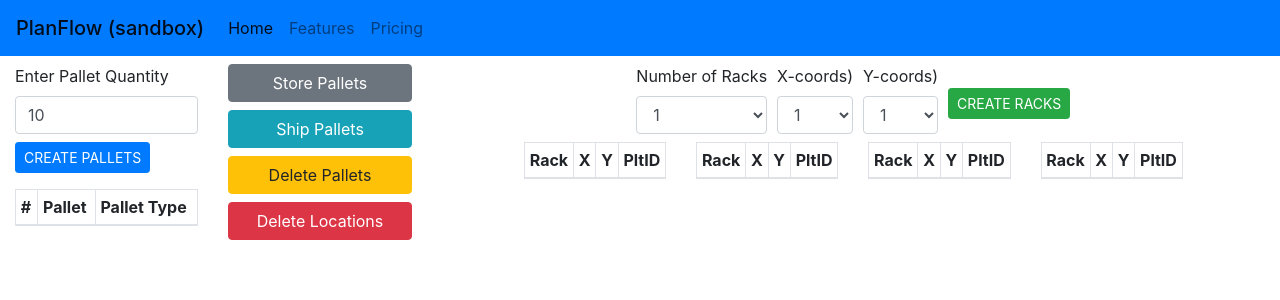
Repository: gholler76/planflow
Page: http://localhost/planflow/WEB-INF/home.jsp
An editor plug-in stored every save of this project. The page is shown before and after the next save, followed by the edit.
The browser window is 1280 px wide. The pictures show the whole page.
The page is served by Tomcat 9. Nobody is signed in. Other server files are loaded and not shown. The template is opened directly, without the code that normally fills it, so the values that code supplies are empty.

Above is the page before, as saved 2021-05-28 14:06:55.

### planflow/src/main/webapp/WEB-INF/home.jsp
<%@ page language="java" contentType="text/html; charset=UTF-8" pageEncoding="UTF-8"%>
<%@ taglib prefix="c" uri="http://java.sun.com/jsp/jstl/core"%>
<%@ taglib prefix="form" uri="http://www.springframework.org/tags/form"%>
<%@ page isErrorPage="true"%>
<%@ taglib prefix="fmt" uri="http://java.sun.com/jsp/jstl/fmt" %>
<%@ taglib prefix="fn" uri="http://java.sun.com/jsp/jstl/functions" %>

<!DOCTYPE html>
<html>
<head>
    <meta charset="UTF-8">
    <title>PlanFlow</title>
    <script src="https://code.jquery.com/jquery-3.5.1.slim.min.js" integrity="sha384-DfXdz2htPH0lsSSs5nCTpuj/zy4C+OGpamoFVy38MVBnE+IbbVYUew+OrCXaRkfj" crossorigin="anonymous"></script>
	<script src="https://cdn.jsdelivr.net/npm/bootstrap@4.6.0/dist/js/bootstrap.bundle.min.js" integrity="sha384-Piv4xVNRyMGpqkS2by6br4gNJ7DXjqk09RmUpJ8jgGtD7zP9yug3goQfGII0yAns" crossorigin="anonymous"></script>
    <link rel="stylesheet" href="https://cdn.jsdelivr.net/npm/bootstrap@4.6.0/dist/css/bootstrap.min.css" integrity="sha384-B0vP5xmATw1+K9KRQjQERJvTumQW0nPEzvF6L/Z6nronJ3oUOFUFpCjEUQouq2+l" crossorigin="anonymous">
</head>
<body>
	<nav class="navbar navbar-expand-lg navbar-light bg-primary">
	    <span class="navbar-brand mb-0 h1">PlanFlow (sandbox)</span>
	  <button class="navbar-toggler" type="button" data-toggle="collapse" data-target="#navbarNavAltMarkup" aria-controls="navbarNavAltMarkup" aria-expanded="false" aria-label="Toggle navigation">
	    <span class="navbar-toggler-icon"></span>
	  </button>
	  <div class="collapse navbar-collapse" id="navbarNavAltMarkup">
	    <div class="navbar-nav">
	      <a class="nav-link active" href="#">Home <span class="sr-only">(current)</span></a>
	      <a class="nav-link" href="#">Features</a>
	      <a class="nav-link" href="#">Pricing</a>
	    </div>
	  </div>
	</nav>
	<div class="container-fluid">
		<div class="row justify-content-between">
			<div class="col-2">
				<form action="/pallets" method="post" class="mt-2">
			      	<div class="form-group">
			      		<Label for="qty" class="form-label">Enter Pallet Quantity</Label>
			      		<input type="number" class="form-control" name="qty" value=10 />
			      		<input type="submit" value="CREATE PALLETS" class="btn btn-sm btn-primary mt-2"/>
			    	</div>
			    </form>
				<table class="table table-bordered table-sm">
					<thead>
						<tr>
							<th>#</th>
							<th>Pallet</th>
							<th>Pallet Type</th>
						</tr>
					</thead>
					<tbody>
						<c:set var="count" value="0" scope="page" />
						<c:forEach var="pallet" items="${pallets}">
						<c:if test="${pallet.location eq null }">
						<tr class="small">
							<th scope="row"><c:set var="count" value="${count + 1}" scope="page"/>${count}</th>
							<td>${pallet.palletid}</td>
							<td>${pallet.ptype}</td>
						</tr>
	 					</c:if>
						</c:forEach>
					</tbody>
				</table>
	 	 	</div>
	 	 	<div class="col-2">
				<form action="/move" method="post">
			  		<input class="btn btn-secondary mt-2 mb-2 btn-block" type="submit" value="Store Pallets">
			  		<input class="btn btn-info mb-2 btn-block" type="submit" value="Ship Pallets" formaction="/ship">
			  		<input class="btn btn-warning mb-2 btn-block" type="submit" value="Delete Pallets" formaction="/deleteP">
			  		<input class="btn btn-danger mb-2 btn-block" type="submit" value="Delete Locations" formaction="/deleteL">
			  	</form>
	 	 	</div>
	   	 		<div class="col-8">
	   	 			<div class="row justify-content-center">
	   	 				<form action="/locations" method="post">
	   	 				<input type="hidden" name="startRack" value=100>
							<div class="form-row align-items-center mt-2">
							    <div class="col-auto">
							      <label for="rackCount">Number of Racks</label>
							      <select class="form-control mb-2" name="rackCount">
							      	<option value=+1>1</option>
							      	<option value=+2>2</option>
							      	<option value=+3>3</option>
							      	<option value=+4>4</option>
							      </select>
							    </div>
							    <div class="col-auto">
							      <label for="xcoors">X-coords)</label>
							      <select class="form-control mb-2" name="xcoors">
							      	<option value=+1>1</option>
							      	<option value=+2>2</option>
							      	<option value=+3>3</option>
							      	<option value=+4>4</option>
							      	<option value=+5>5</option>
							      	<option value=+6>6</option>
							      	<option value=+7>7</option>
							      	<option value=+8>8</option>
							      	<option value=+9>9</option>
							      	<option value=+10>10</option>
							      	<option value=+11>11</option>
							      	<option value=+12>12</option>
							      	<option value=+13>13</option>
							      	<option value=+14>14</option>
							      	<option value=+15>15</option>
							      	<option value=+16>16</option>
							      	<option value=+17>17</option>
							      	<option value=+18>18</option>
							      	<option value=+19>19</option>
							      	<option value=+20>20</option>
							      </select>
							    </div>
							    <div class="col-auto">
							      <label for="ycoors">Y-coords)</label>
							      <select class="form-control mb-2" name="ycoors">
							      	<option value=+1>1</option>
							      	<option value=+2>2</option>
							      	<option value=+3>3</option>
							      	<option value=+4>4</option>
							      	<option value=+5>5</option>
							      </select>
							    </div>
							    <div class="col-auto">
							      <button type="submit" class="btn btn-success btn-sm">CREATE RACKS</button>
							    </div>
							  </div>
							</form>
		   	 			</div>
		   	 			<div class="row justify-content-center">
		   	 				<div class="col-auto">
		   	 					<table class="table-sm table-bordered">
		   	 						<thead>
		   	 							<tr>
		   	 								<th>Rack</th>
		   	 								<th>X</th>
		   	 								<th>Y</th>
		   	 								<th>PltID</th>
		   	 							</tr>
		   	 						</thead>
		   	 						<tbody>
		   	 						<c:forEach var="location" items="${locations}">
	   	 								<c:if test="${location.rack eq '101'}">
			   	 							<tr class="small">
			   	 								<td>${location.rack}</td>
			   	 								<td>${location.xcoor}</td>
			   	 								<td>${location.ycoor}</td>
			   	 								<td>${location.pallet.palletid}</td>
			   	 							</tr>
		   	 							</c:if>
	   	 							</c:forEach>
				   	 				</tbody>
				   	 			</table>
				   	 		</div>
		   	 				<div class="col-auto">
		   	 					<table class="table-sm table-bordered">
		   	 						<thead>
		   	 							<tr>
		   	 								<th>Rack</th>
		   	 								<th>X</th>
		   	 								<th>Y</th>
		   	 								<th>PltID</th>
		   	 							</tr>
		   	 						</thead>
		   	 						<tbody>
		   	 						<c:forEach var="location" items="${locations}">
	   	 								<c:if test="${location.rack eq '102'}">
			   	 							<tr class="small">
			   	 								<td>${location.rack}</td>
			   	 								<td>${location.xcoor}</td>
			   	 								<td>${location.ycoor}</td>
			   	 								<td>${location.pallet.palletid}</td>
			   	 							</tr>
		   	 							</c:if>
	   	 							</c:forEach>
				   	 				</tbody>
				   	 			</table>
				   	 		</div>
		   	 				<div class="col-auto">
		   	 					<table class="table-sm table-bordered">
		   	 						<thead>
		   	 							<tr>
		   	 								<th>Rack</th>
		   	 								<th>X</th>
		   	 								<th>Y</th>
		   	 								<th>PltID</th>
		   	 							</tr>
		   	 						</thead>
		   	 						<tbody>
		   	 						<c:forEach var="location" items="${locations}">
	   	 								<c:if test="${location.rack eq '103'}">
			   	 							<tr class="small">
			   	 								<td>${location.rack}</td>
			   	 								<td>${location.xcoor}</td>
			   	 								<td>${location.ycoor}</td>
			   	 								<td>${location.pallet.palletid}</td>
			   	 							</tr>
		   	 							</c:if>
	   	 							</c:forEach>
				   	 				</tbody>
				   	 			</table>
				   	 		</div>
		   	 				<div class="col-auto">
		   	 					<table class="table-sm table-bordered">
		   	 						<thead>
		   	 							<tr>
		   	 								<th>Rack</th>
		   	 								<th>X</th>
		   	 								<th>Y</th>
		   	 								<th>PltID</th>
		   	 							</tr>
		   	 						</thead>
		   	 						<tbody>
		   	 						<c:forEach var="location" items="${locations}">
	   	 								<c:if test="${location.rack eq '104'}">
			   	 							<tr class="small">
			   	 								<td>${location.rack}</td>
			   	 								<td>${location.xcoor}</td>
			   	 								<td>${location.ycoor}</td>
			   	 								<td>${location.pallet.palletid}</td>
			   	 							</tr>
		   	 							</c:if>
	   	 							</c:forEach>
				   	 				</tbody>
				   	 			</table>
				   	 		</div>
			 			</div>
			 		</div>
	    	</div>
		</div>
</body>
</html>

After the next save:
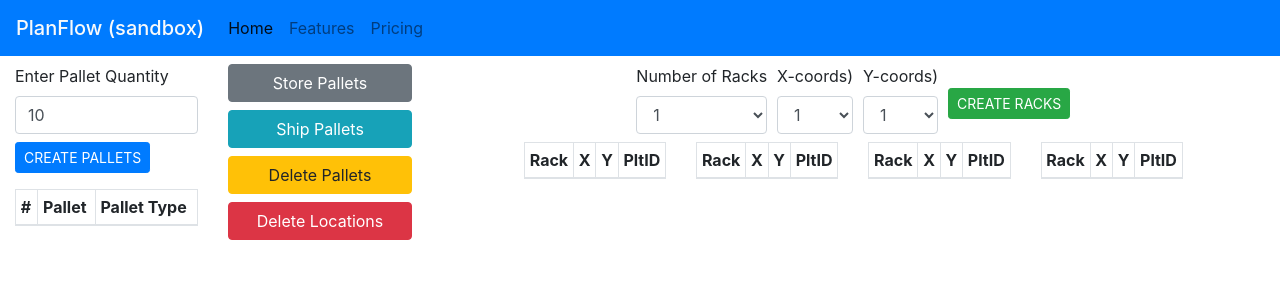
Saved 19 s later.
--- a/planflow/src/main/webapp/WEB-INF/home.jsp
+++ b/planflow/src/main/webapp/WEB-INF/home.jsp
@@ -16,7 +16,7 @@
 </head>
 <body>
 	<nav class="navbar navbar-expand-lg navbar-light bg-primary">
-	    <span class="navbar-brand mb-0 h1">PlanFlow (sandbox)</span>
+	    <span class="navbar-brand text-light mb-0 h1">PlanFlow (sandbox)</span>
 	  <button class="navbar-toggler" type="button" data-toggle="collapse" data-target="#navbarNavAltMarkup" aria-controls="navbarNavAltMarkup" aria-expanded="false" aria-label="Toggle navigation">
 	    <span class="navbar-toggler-icon"></span>
 	  </button>
